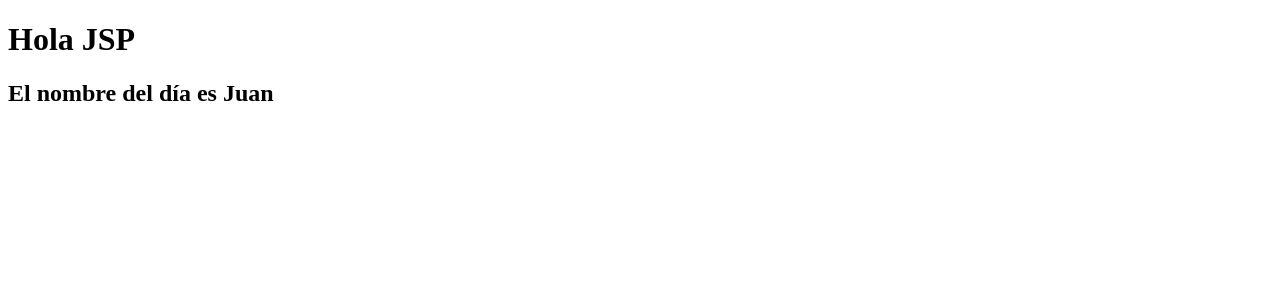
Repository: viorelrosu/spring
Page: http://localhost/Clase/HolaJsp
The author's editor kept a copy of each file at every save. The page is drawn from the files as they stood at one save, then again after the next save.
The browser window is 1280 px wide. The pictures show the whole page.
The page is served by Tomcat 9.

Above is the page before, as saved 2021-01-20 12:20:14.

After the next save:
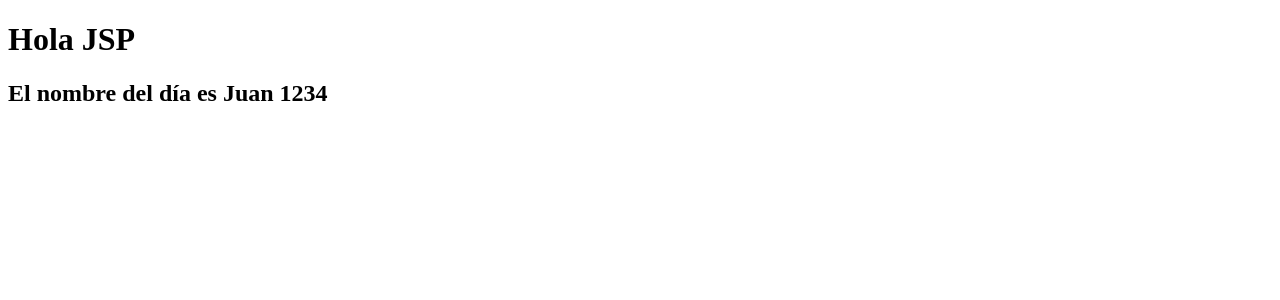
Saved 40 s later.
--- a/Clase/WebContent/jsp/Hola.jsp
+++ b/Clase/WebContent/jsp/Hola.jsp
@@ -10,6 +10,6 @@
 </head>
 <body>
 	<h1>Hola JSP</h1>
-	<h2>El nombre del día es ${persona.nombre}</h2>
+	<h2>El nombre del día es ${persona.nombre} ${persona.dni}</h2>
 </body>
 </html>
